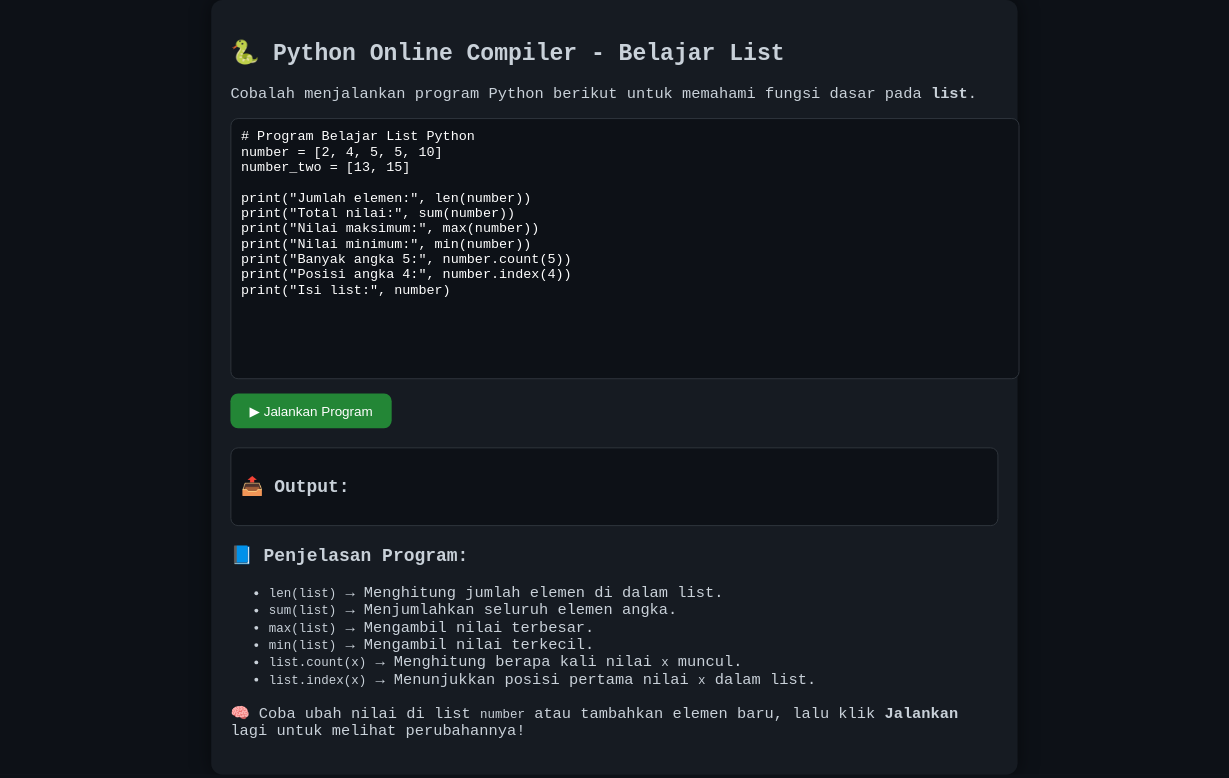
Repository: smkmutipugademak/Array
Page: index.html
These files come from the project's save history. The page is drawn as it stood at one moment and after the next save; the edit follows.
The browser window is 1280 px wide. The pictures show the whole page, at 96% of full size.

Above is the page before, as saved 2025-11-11 04:27:34.

After the next save:
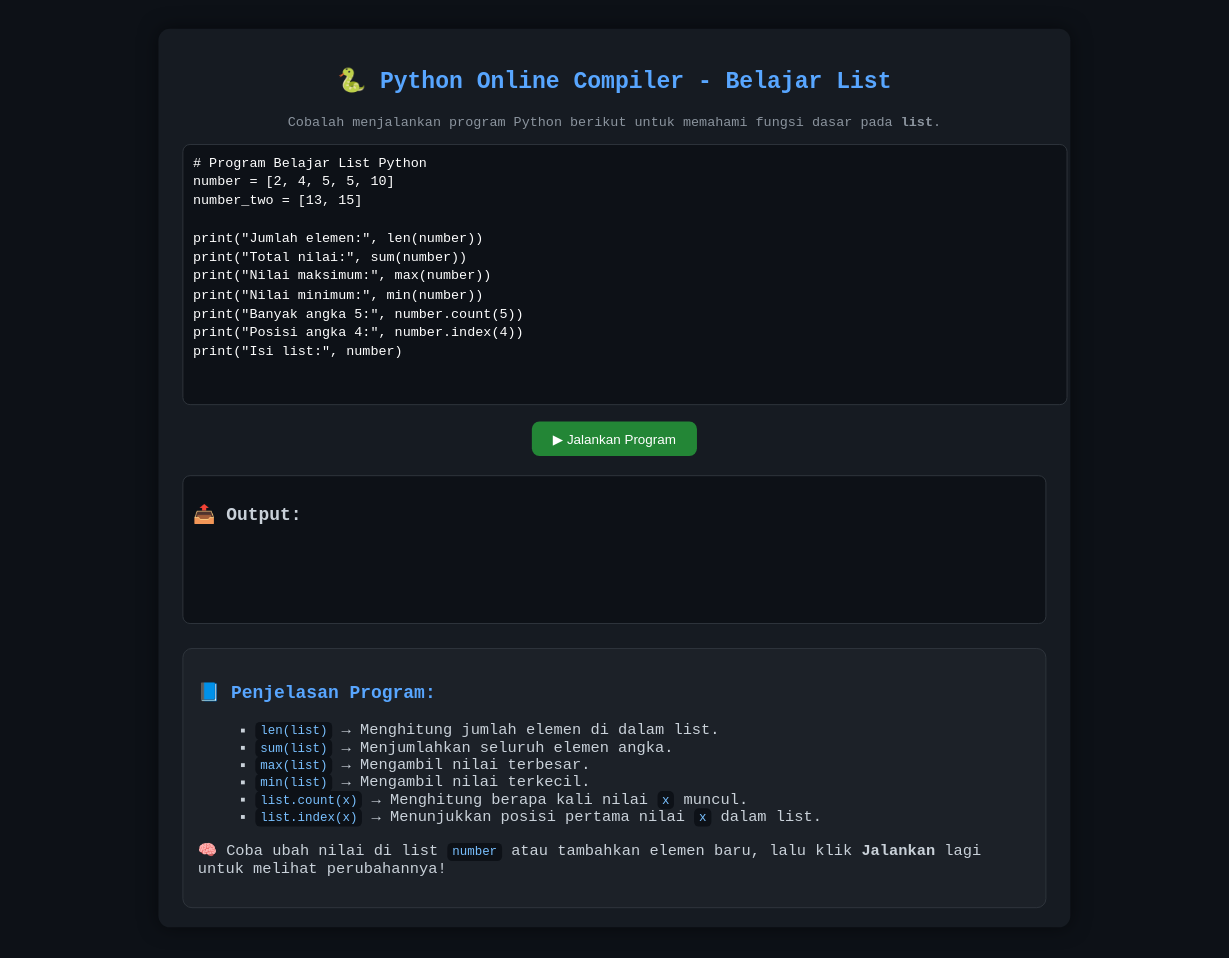
Saved 9 s later.
--- a/style.css
+++ b/style.css
@@ -4,18 +4,30 @@
     font-family: "Fira Code", monospace;
     display: flex;
     justify-content: center;
-    align-items: center;
-    min-height: 100vh;
+    align-items: flex-start;
+    padding: 30px;
     margin: 0;
 }
 
 .container {
     background-color: #161b22;
-    padding: 20px;
+    padding: 20px 25px;
     border-radius: 12px;
-    width: 80%;
-    max-width: 800px;
+    width: 85%;
+    max-width: 900px;
     box-shadow: 0 0 20px rgba(0, 0, 0, 0.5);
+}
+
+h2 {
+    text-align: center;
+    color: #58a6ff;
+}
+
+.subtitle {
+    text-align: center;
+    color: #8b949e;
+    font-size: 14px;
+    margin-bottom: 15px;
 }
 
 .editor-container textarea {
@@ -28,11 +40,12 @@
     padding: 10px;
     resize: none;
     font-size: 14px;
+    line-height: 1.4em;
 }
 
 button {
-    margin-top: 10px;
-    padding: 10px 20px;
+    margin-top: 12px;
+    padding: 10px 22px;
     border: none;
     background-color: #238636;
     color: white;
@@ -40,6 +53,9 @@
     cursor: pointer;
     font-size: 14px;
     transition: background 0.3s;
+    display: block;
+    margin-left: auto;
+    margin-right: auto;
 }
 
 button:hover {
@@ -57,4 +73,29 @@
 pre {
     color: #f0f6fc;
     white-space: pre-wrap;
+    min-height: 60px;
 }
+
+.explanation {
+    margin-top: 25px;
+    background-color: #1c2128;
+    border: 1px solid #30363d;
+    border-radius: 10px;
+    padding: 15px;
+}
+
+.explanation h3 {
+    color: #58a6ff;
+}
+
+.explanation ul {
+    list-style: square;
+    margin-left: 20px;
+}
+
+.explanation code {
+    color: #79c0ff;
+    background: #0d1117;
+    padding: 2px 5px;
+    border-radius: 5px;
+}
